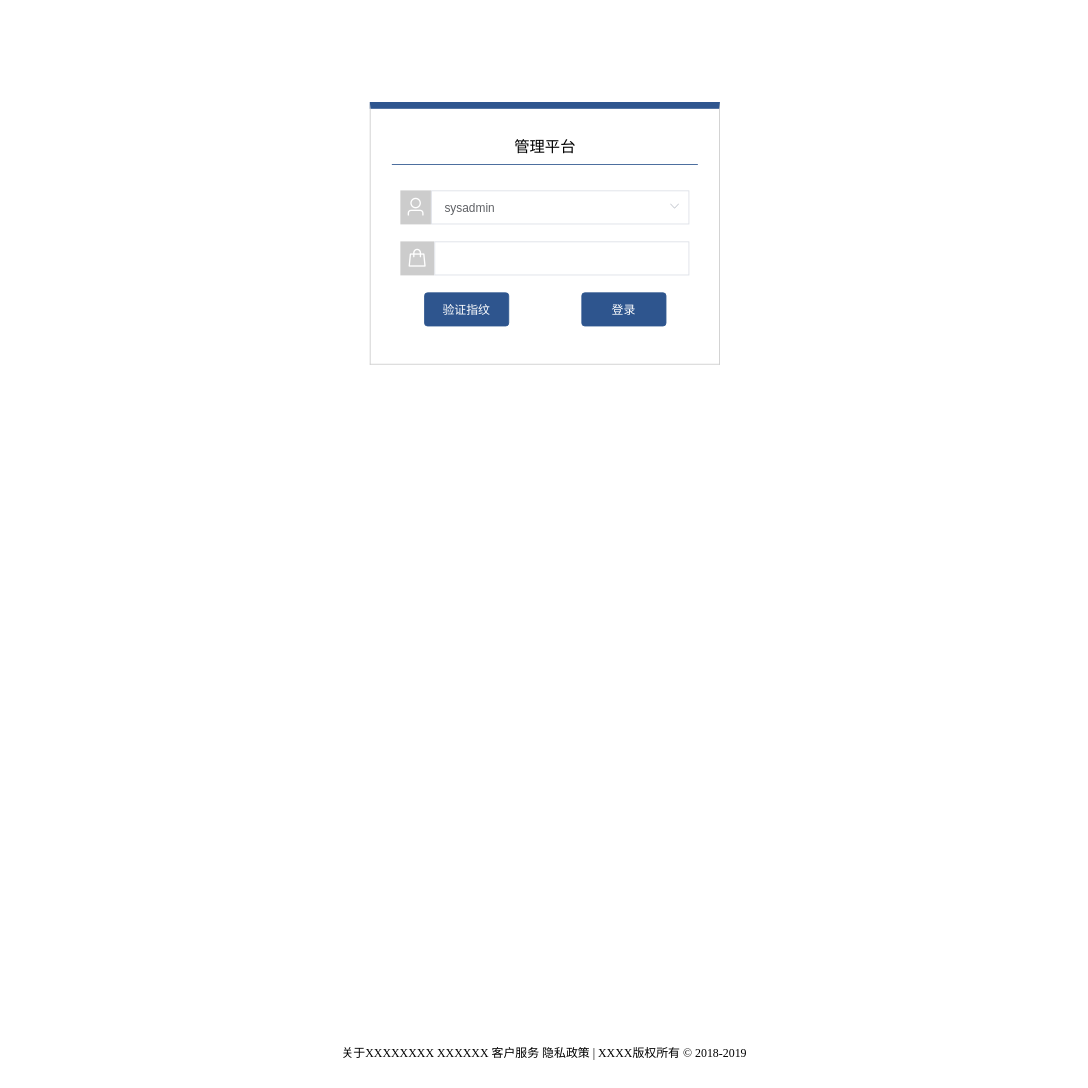
Repository: lff528/man_system
Page: /
An editor plug-in stored every save of this project. The page is shown before and after the next save, followed by the edit.
The browser window is 1280 px wide. The pictures show the whole page, at 85% of full size.
The project was rebuilt for these pictures with package versions that can differ from the ones it lists, and the page was loaded fresh each time.

Above is the page before, as saved 2020-01-03 14:08:38.

### index.html
<!DOCTYPE html>
<html>
  <head>
    <meta charset="utf-8">
    <meta name="viewport" content="width=device-width,initial-scale=1.0">
    <title>emcsWebUI</title>
  </head>
  <body>
    <div id="app"></div>
    <!-- built files will be auto injected -->
  </body>
</html>

### src/main.js
// The Vue build version to load with the `import` command
// (runtime-only or standalone) has been set in webpack.base.conf with an alias.
import Vue from 'vue'
import App from './App'
import router from './router'
import ElementUI from 'element-ui';
import 'element-ui/lib/theme-chalk/index.css';
import "./assets/css/reset.css";
// import "./assets/css/iconfont.css"
Vue.use(ElementUI);
Vue.config.productionTip = false

/* eslint-disable no-new */
new Vue({
  el: '#app',
  router,
  components: { App },
  template: '<App/>'
})

### src/router/index.js
import Vue from 'vue'
import Router from 'vue-router'
import login from '@/components/login'
import routers from "../until/router"


Vue.use(Router)

let routerAll = {
  routes: [
    {
      path: '/',
      name: 'login',
      component: login
    },
    {
      path: '/main',
      name: 'main',
      component: resolve => require(['@/view/main'], resolve),
      children:[{
        path: '/',
        name: 'shouye',
        component: resolve => require(['@/view/main/shouye'], resolve),
      },
      {
        path: '/quanzhanzonglan',
        name: 'quanzhanzonglan',
        component: resolve => require(['@/view/footerNav/quanzhanzonglan'], resolve),
      },
      {
        path: '/quanzhanbaowen',
        name: 'quanzhanbaowen',
        component: resolve => require(['@/view/footerNav/quanzhanbaowen'], resolve),
      },
      {
        path: '/yuexianxinxi',
        name: 'yuexianxinxi',
        component: resolve => require(['@/view/footerNav/yuexianxinxi'], resolve),
      },
      {
        path: '/yichangshebei',
        name: 'yichangshebei',
        component: resolve => require(['@/view/footerNav/yichangshebei'], resolve),
      },
    ]
    }
  ]
}
routers.forEach((item=>{
  if(item.children){


  item.children.forEach((itemA)=>{
    routerAll.routes[1].children.push({
      path: itemA.path,
      name: itemA.name,
      component: itemA.component,
    })
  })
}
}))

// console.log(routerAll.routes[1].children)
const router = new Router(routerAll)


export default router

### src/assets/css/reset.css
html{
	color:#000;
	background:#FFF;
}
body, div, dl, dt, dd, ul, ol, li,h1, h2, h3, h4, h5, h6, pre, code,form, fieldset, legend, input, button,textarea, p, blockquote, th, td {
	margin: 0;
	padding: 0;
	font-size: 14px;
}
html,body{
	height: 100%;
	background-color: #0b2b4a;
}
fieldset, img{
	border:0;
}
input,select,textarea{
	outline:none;
}
textarea{
	resize:none;
}
a{
	text-decoration:none;
}
table {
	border-collapse:collapse;
	border-spacing:0;
}
address,
caption,
cite,
code,
dfn,
em,
strong,
th,
var {
	font-style:normal;
	font-weight:normal;
}

ol,
ul {
	list-style:none;
}
/*版心*/
.w {
	width: 1170px;
	margin: 0 auto;
}

/* 万能清除浮动*/
.clearfix{
	zoom:1;
}
.clearfix:after{
    content: '';
    display:block;
    clear:both;
}

.left {
	float: left;
}

.right {
	float: right;
}

### src/components/login/index.vue
<template>
  <div class="login">
     <div class="login_header" :style="{height:curHeight+'px'}">
       <div class="main">
           <p class="main_title">管理平台</p>
          <div class="from_box">
              <p class="user_p">
                <span class="el-icon-user"></span>
                <!-- <el-select v-model="form.name" >
                  <el-option label="区域一" value="shanghai"></el-option>
                  <el-option label="区域二" value="beijing"></el-option>
                </el-select> -->
                <el-select v-model="form.name" placeholder="请选择">
                  <el-option
                    v-for="item in userArr"
                    :key="item.value"
                    :label="item.label"
                    :value="item.value">
                  </el-option>
                </el-select>
              </p>
              <p class="user_p">
                <span class="el-icon-goods" style="width:45px"></span>
                <el-input v-model="form.password"></el-input>
              </p>
              <p>
                 <el-button type="primary"  @click="onSubmit">验证指纹</el-button>
                 <el-button type="primary" @click="onSubmit">登录</el-button>
              </p>
          </div>
       </div>

     </div>
     <p class="login_footer">关于XXXXXXXX XXXXXX 客户服务 隐私政策 | XXXX版权所有 © 2018-2019</p>
  </div>
</template>

<script>
export default {
  name: 'login',
  data () {
    return {
      curHeight:window.innerWidth - 80,
      form:{
        name:"1",
        password:''
      },
      userArr:[
        {
          value: '1',
          label: 'sysadmin'
        },{
          value: '2',
          label: 'user2'
        },{
          value: '3',
          label: 'admin'
        }

      ]
    }
  },
  methods:{
    onSubmit(){
      if(this.form.name == "" || this.form.password==""){
        this.$message('用户名或密码不能为空');
        return
      }
      this.$router.push('/main');

    }
  },
  mounted(){
    window.onresize = function windowResize () {
        // 通过捕获系统的onresize事件触发我们需要执行的事件
       that.curHeight = window.innerWidth - 80;
    }
  },
  // beforeMount(height) {
  //     var h = document.documentElement.clientHeight || document.body.clientHeight;
  //     const that = this
  //       window.onresize = () => {
  //         return (() => {
  //          var h = document.documentElement.clientHeight || document.body.clientHeight;
  //           that.curHeight =h - 80; //减去页面上固定高度height
  //         })()
  //       }
  // },
}
</script>

<!-- Add "scoped" attribute to limit CSS to this component only -->
<style >
  .login .el-input__inner{
    border-radius: 0;
  }
  .login .el-button--primary{
    background: #2e558e;
    border-color: #2e558e;
    width: 100px;
  }
  .login .el-select{
    width: 100%;
  }
</style>
<style scoped lang="less">

  .login{
      .login_header{
        background: white;
        .main{
          width: 360px;
          height: 250px;
          border: 1px solid #ccc;
          position: relative;
          left: 50%;
          margin-left: -205px;
          top: 10%;
          padding: 25px;
          background: white;
          border-top: 8px solid #2e558e;
          .main_title{
            height: 40px;
            text-align: center;
            line-height: 40px;
            border-bottom: 1px solid #2e558e;
            font-size: 18px;
            font-family: "\5FAE\8F6F\96C5\9ED1"
          }
          .from_box{
            p{
              margin-top: 20px;
              display: flex;
              span:first-child{
                display: inline-block;
                width: 40px;
                height: 40px;
                background: #ccc;
                font-size: 25px;
                line-height: 40px;
                text-align: center;
                color: white;
              }

            }
            p:first-child{
              margin-top: 30px;
            }
            .user_p{
              margin-left: 10px;
              margin-right: 10px;
            }
            p:last-child{
              display: flex;
              justify-content: space-around;
            }
          }
        }
      }
      .login_footer{
        height: 80px;
        line-height: 80px;
        text-align: center;
        background: white;
      }
  }
</style>

### src/until/router.js
let routers = [

    {
        title:"消防系统",
        icon:"el-icon-menu",
        children:[
            {
              icon:"el-icon-menu",
                path: '/xiaofangjiankong',
                name: 'xiaofangjiankong',
                component: resolve => require(['@/view/xiaofang/xiaofangjiankong'], resolve),
                title:'消防监控'
              },
              {
                path: '/huozaibaojing',
                name: 'huozaibaojing',
                component: resolve => require(['@/view/xiaofang/huozaibaojing'], resolve),
                title:'火灾报警系统'
              },
              {
                path: '/qitimiehuo',
                name: 'qitimiehuo',
                component: resolve => require(['@/view/xiaofang/qitimiehuo'], resolve),
                title:'气体灭火系统'
              },
              {
                path: '/xiaohuoshuan',
                name: 'xiaohuoshuan',
                component: resolve => require(['@/view/xiaofang/xiaohuoshuan'], resolve),
                title:'消火栓系统'
              },
              {
                path: '/miehuoqipeizhi',
                name: 'miehuoqipeizhi',
                component: resolve => require(['@/view/xiaofang/miehuoqipeizhi'], resolve),
                title:'灭火器配置'
              },
              {
                path: '/yingjizhaoming',
                name: 'yingjizhaoming',
                component: resolve => require(['@/view/xiaofang/yingjizhaoming'], resolve),
                title:'应急照明及疏散指示灯系统'
              },
              {
                path: '/paizhuzhudan',
                name: 'paizhuzhudan',
                component: resolve => require(['@/view/xiaofang/paizhuzhudan'], resolve),
                title:'变压器排油注氮'
              },
              {
                path: '/shuipenwumiehuo',
                name: 'shuipenwumiehuo',
                component: resolve => require(['@/view/xiaofang/shuipenwumiehuo'], resolve),
                title:'变压器水喷雾灭火'
              }
        ]
    },
    {
        title:"安全防范",
        icon:"el-icon-menu",
        children:[
            {
                path: '/anquanfangfan',
                name: 'anquanfangfan',
                component: resolve => require(['@/view/anquanfangfan/anquanfangfan'], resolve),
                title:'安全防范系统'
              },
              {
                path: '/binadianzhanZj',
                name: 'binadianzhanZj',
                component: resolve => require(['@/view/anquanfangfan/binadianzhanZj'], resolve),
                title:'变电站周界系统'
              },
              {
                path: '/shineihongwaiSj',
                name: 'shineihongwaiSj',
                component: resolve => require(['@/view/anquanfangfan/shineihongwaiSj'], resolve),
                title:'室内红外双鉴系统'
              },
              {
                path: '/menjinkongzhi',
                name: 'menjinkongzhi',
                component: resolve => require(['@/view/anquanfangfan/menjinkongzhi'], resolve),
                title:'门禁控制系统'
              },
              {
                path: '/menjinjilu',
                name: 'menjinjilu',
                component: resolve => require(['@/view/anquanfangfan/menjinjilu'], resolve),
                title:'门禁记录系统'
              },

        ]
    },
    {
      title:"在线监测",
      icon:"el-icon-menu",
      children:[
          {
              path: '/zaixianjiance',
              name: 'zaixianjiance',
              component: resolve => require(['@/view/zaixianjiance/zaixianjiance'], resolve),
              title:'在线监测主界面'
            },
            {
              path: '/yousepu',
              name: 'yousepu',
              component: resolve => require(['@/view/zaixianjiance/yousepu'], resolve),
              title:'油色谱在线监测'
            },
            {
              path: '/zhubianjufang',
              name: 'zhubianjufang',
              component: resolve => require(['@/view/zaixianjiance/zhubianjufang'], resolve),
              title:'主变局放在线监测'
            },
            {
              path: '/GISjufang',
              name: 'GISjufang',
              component: resolve => require(['@/view/zaixianjiance/GISjufang'], resolve),
              title:'GIS局放在线监测'
            },
            {
              path: '/bileiqi',
              name: 'bileiqi',
              component: resolve => require(['@/view/zaixianjiance/bileiqi'], resolve),
              title:'避雷器在线监测'
            },
            {
              path: '/GISqishi',
              name: 'GISqishi',
              component: resolve => require(['@/view/zaixianjiance/GISqishi'], resolve),
              title:'GIS气室SF6压力监测'
            },
            {
              path: '/shineiSF6qiti',
              name: 'shineiSF6qiti',
              component: resolve => require(['@/view/zaixianjiance/shineiSF6qiti'], resolve),
              title:'室内SF6气体泄漏监测'
            },

      ]
    },
    {
      title:"给排水系统",
      icon:"el-icon-menu",
      children:[
          {
              path: '/jipaishui',
              name: 'jipaishui',
              component: resolve => require(['@/view/jipaishui/jipaishui'], resolve),
              title:'给排水系统主界面'
            },
            {
              path: '/jishui',
              name: 'jishui',
              component: resolve => require(['@/view/jipaishui/jishui'], resolve),
              title:'给水系统'
            },
            {
              path: '/paishui',
              name: 'paishui',
              component: resolve => require(['@/view/jipaishui/paishui'], resolve),
              title:'排水系统'
            },
            {
              path: '/yuzhishezhi',
              name: 'yuzhishezhi',
              component: resolve => require(['@/view/jipaishui/yuzhishezhi'], resolve),
              title:'阈值设置'
            },
      ]
    },
    {
      title:"环境监控",
      icon:"el-icon-menu",
      children:[
          {
              path: '/huanjingjiankong',
              name: 'huanjingjiankong',
              component: resolve => require(['@/view/huanjingjiankong/huanjingjiankong'], resolve),
              title:'环境监控系统'
            },
            {
              path: '/kongtiaonuantong',
              name: 'kongtiaonuantong',
              component: resolve => require(['@/view/huanjingjiankong/kongtiaonuantong'], resolve),
              title:'空调暖通系统'
            },
            {
              path: '/shengchanzonghelou',
              name: 'shengchanzonghelou',
              component: resolve => require(['@/view/huanjingjiankong/shengchanzonghelou'], resolve),
              title:'生产综合楼'
            },
            {
              path: '/zhanquqixiang',
              name: 'zhanquqixiang',
              component: resolve => require(['@/view/huanjingjiankong/zhanquqixiang'], resolve),
              title:'站区气象'
            },

      ]
    },
    {
      title:"照明控制",
      icon:"el-icon-menu",
      children:[
          {
              path: '/zhaomingkongzhi',
              name: 'zhaomingkongzhi',
              component: resolve => require(['@/view/zhaomingkongzhi/zhaomingkongzhi'], resolve),
              title:'照明控制系统'
            },
            {
              path: '/shengchanzonghelou',
              name: 'shengchanzonghelou',
              component: resolve => require(['@/view/zhaomingkongzhi/shengchanzonghelou'], resolve),
              title:'生产综合楼系统'
            },
      ]
    },
    {
      title:"智能联动",
      icon:"el-icon-menu",
      children:[
          {
              path: '/liandongpeizhi',
              name: 'liandongpeizhi',
              component: resolve => require(['@/view/zhinengliandong/liandongpeizhi'], resolve),
              title:'联动配置'
            },
            {
              path: '/liandongxinxi',
              name: 'liandongxinxi',
              component: resolve => require(['@/view/zhinengliandong/liandongxinxi'], resolve),
              title:'联动信息'
            },
      ]
    },
    {
      title:"智能锁控",
      icon:"el-icon-menu",
      children:[
          {
            path: '/zhinengsuokong',
            name: 'zhinengsuokong',
            component: resolve => require(['@/view/zhinengsuokong/zhinengsuokong'], resolve),
            title:'智能锁控首页'
          },
          {
            path: '/renwushouquan',
            name: 'renwushouquan',
            component: resolve => require(['@/view/zhinengsuokong/renwushouquan'], resolve),
            title:'任务授权'
          },
          {
            path: '/lishichaxun',
            name: 'lishichaxun',
            component: resolve => require(['@/view/zhinengsuokong/lishichaxun'], resolve),
            title:'历史查询'
          },
          {
            path: '/suokongquanxianshezhi',
            name: 'suokongquanxianshezhi',
            component: resolve => require(['@/view/zhinengsuokong/suokongquanxianshezhi'], resolve),
            title:'锁控权限设置'
          }
      ]
    },
    {
      title:"系统配置",
      icon:"el-icon-menu",
      children:[
          {
            path: '/yonghuguanli',
            name: 'yonghuguanli',
            component: resolve => require(['@/view/xitongpeizhi/yonghuguanli'], resolve),
            title:'用户管理'
          },
          {
            path: '/caidanguanli',
            name: 'caidanguanli',
            component: resolve => require(['@/view/xitongpeizhi/caidanguanli'], resolve),
            title:'菜单管理'
          },
          {
            path: '/jueseguanli',
            name: 'jueseguanli',
            component: resolve => require(['@/view/xitongpeizhi/jueseguanli'], resolve),
            title:'角色管理'
          },
          {
            path: '/zuzhijiagou',
            name: 'zuzhijiagou',
            component: resolve => require(['@/view/xitongpeizhi/zuzhijiagou'], resolve),
            title:'组织架构管理'
          },
          {
            path: '/zhanduanweihu',
            name: 'zhanduanweihu',
            component: resolve => require(['@/view/xitongpeizhi/zhanduanweihu'], resolve),
            title:'站端维护'
          },
          {
            path: '/quyuguanli',
            name: 'quyuguanli',
            component: resolve => require(['@/view/xitongpeizhi/quyuguanli'], resolve),
            title:'区域管理'
          },
          {
            path: '/shebeiguanli',
            name: 'shebeiguanli',
            component: resolve => require(['@/view/xitongpeizhi/shebeiguanli'], resolve),
            title:'设备管理'
          },
          {
            path: '/shebeishujumoban',
            name: 'shebeishujumoban',
            component: resolve => require(['@/view/xitongpeizhi/shebeishujumoban'], resolve),
            title:'设备数据模板配置'
          },
          {
            path: '/shebeibushu',
            name: 'shebeibushu',
            component: resolve => require(['@/view/xitongpeizhi/shebeibushu'], resolve),
            title:'设备部署'
          },
          {
            path: '/xitongshezhi',
            name: 'xitongshezhi',
            component: resolve => require(['@/view/xitongpeizhi/xitongshezhi'], resolve),
            title:'系统设置'
          }
      ]
    }
]
export default routers

Loaded but not shown: src/App.vue (common file)

After the next save:
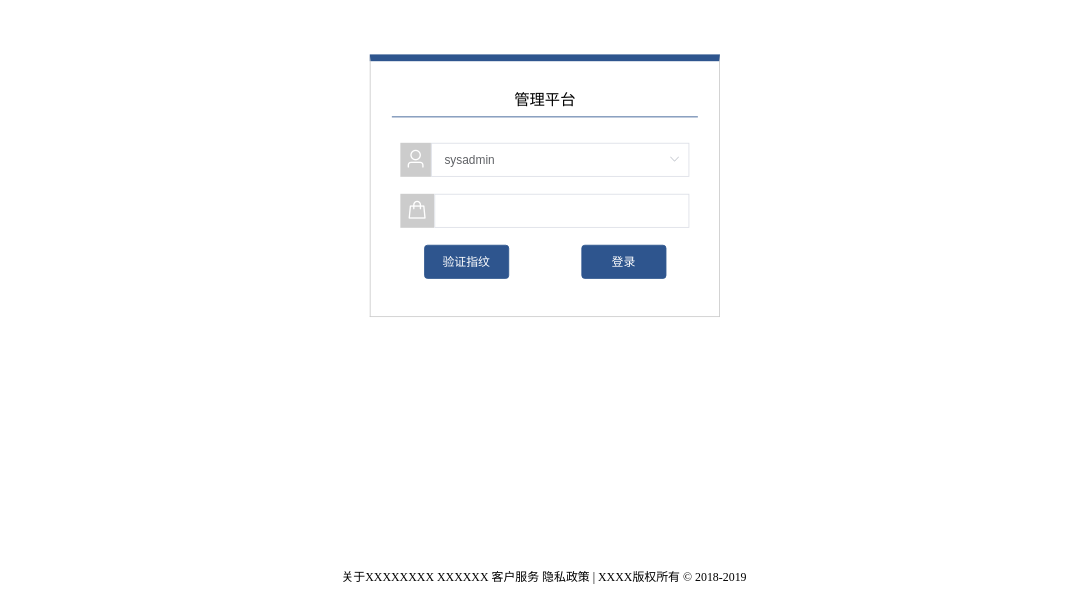
Saved 53 s later.
--- a/src/components/login/index.vue
+++ b/src/components/login/index.vue
@@ -40,7 +40,7 @@
   name: 'login',
   data () {
     return {
-      curHeight:window.innerWidth - 80,
+      curHeight:document.body.clientHeight - 80,
       form:{
         name:"1",
         password:''

After the 3 saves that followed:
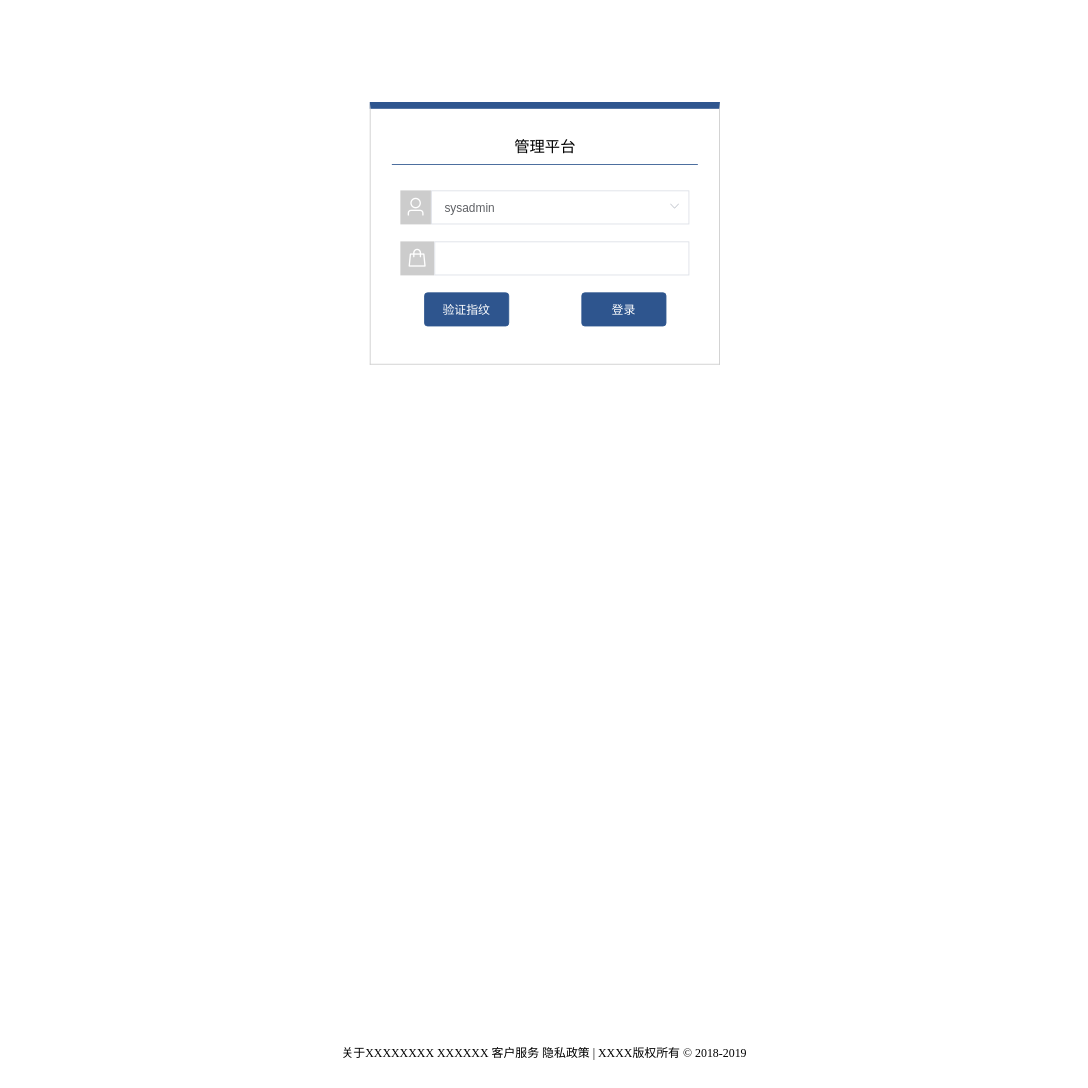
The 3 saves are shown as one change because 2 left the picture as it was.
The last was saved 34 s later.
--- a/src/components/login/index.vue
+++ b/src/components/login/index.vue
@@ -40,7 +40,7 @@
   name: 'login',
   data () {
     return {
-      curHeight:document.body.clientHeight - 80,
+      curHeight:window.innerWidth - 80,
       form:{
         name:"1",
         password:''
